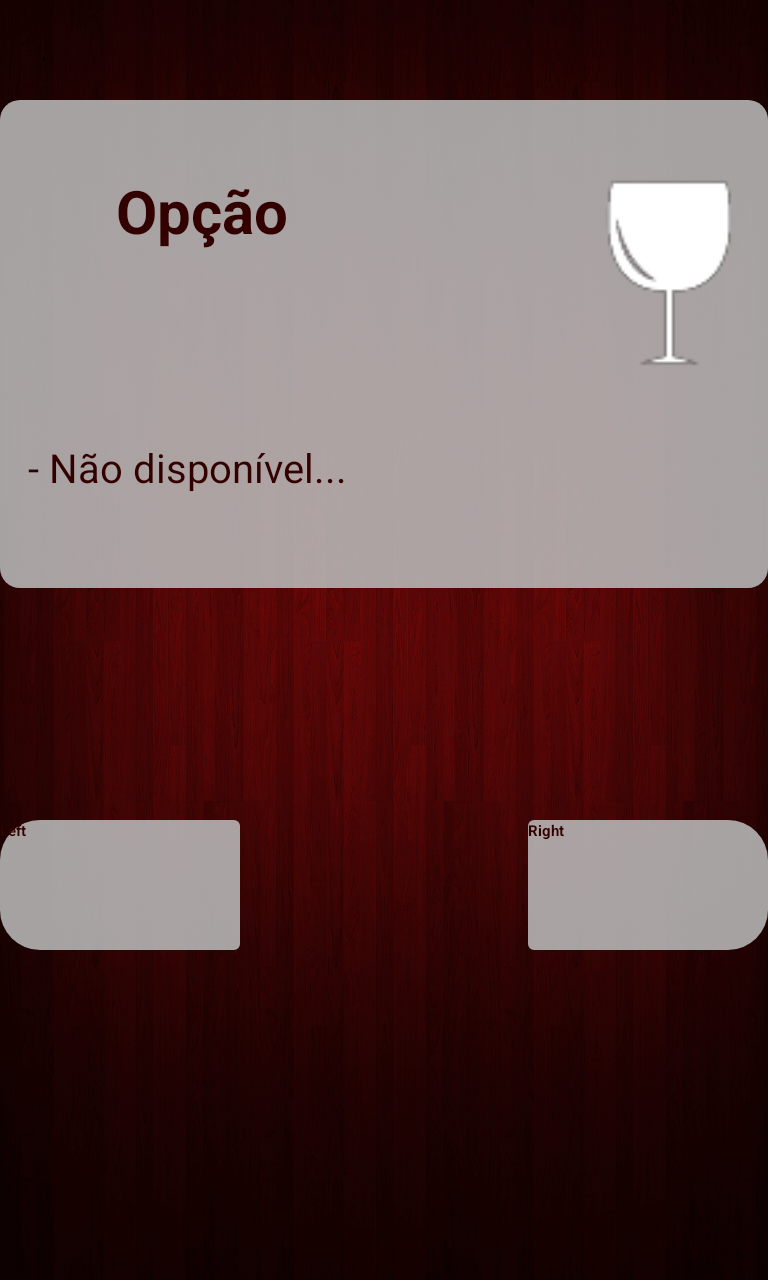
Repository: LuisFilipeDias/eMenu
Layout: SideMenuTutorial/res/layout/display_fragment.xml
The author's editor kept a copy of each file at every save. The layout is drawn from the files as they stood at one save, then again after the next save.
It is drawn on a 768 x 1280 px phone screen (xhdpi) without system bars, with theme Theme.Sherlock; the app's code is not run.

Above is the layout before, as saved 2013-12-23 19:01:03.

After the next save:
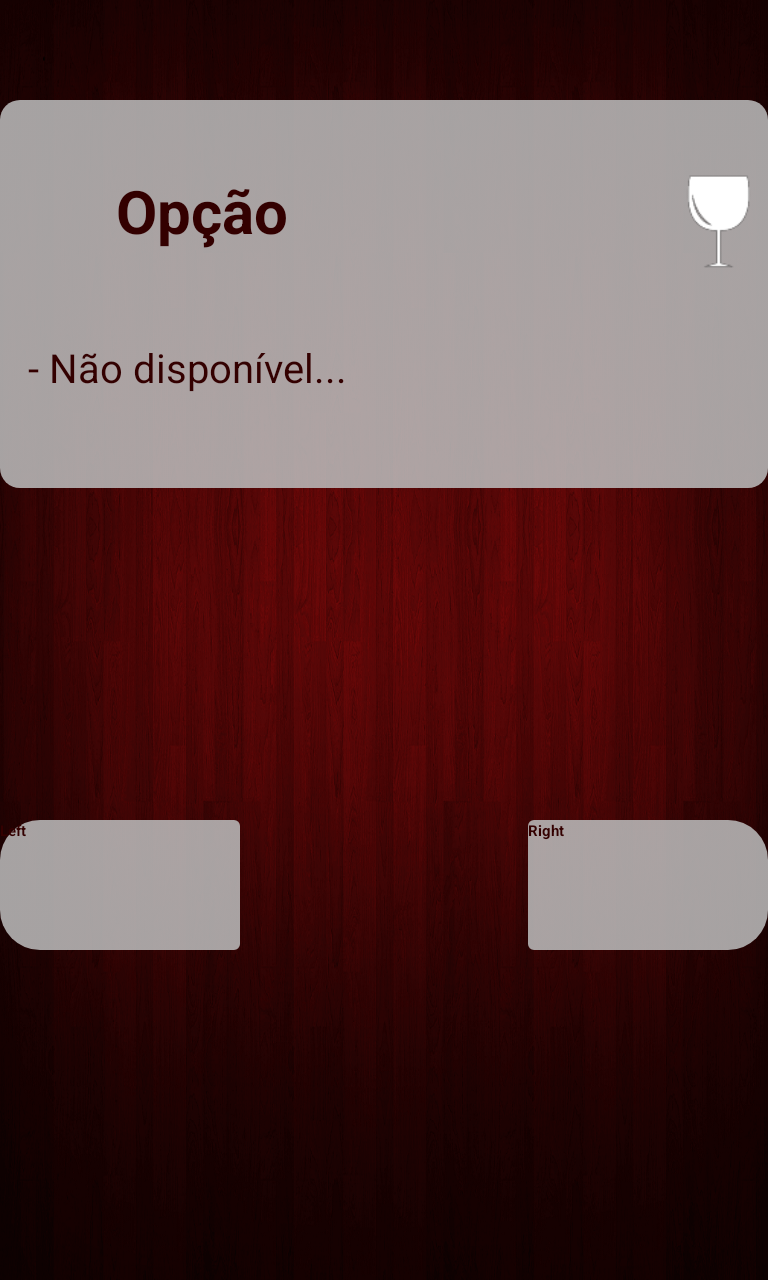
Saved 9 s later.
--- a/SideMenuTutorial/res/layout/display_fragment.xml
+++ b/SideMenuTutorial/res/layout/display_fragment.xml
@@ -48,8 +48,8 @@
 
                 <TextView
                     android:id="@+id/bogus_ttl"
-                    android:layout_width="100dp"
-                    android:layout_height="100dp"
+                    android:layout_width="50dp"
+                    android:layout_height="50dp"
                     android:layout_alignParentRight="true"
                     android:layout_marginBottom="20dp"
                     android:layout_marginTop="35dp"
